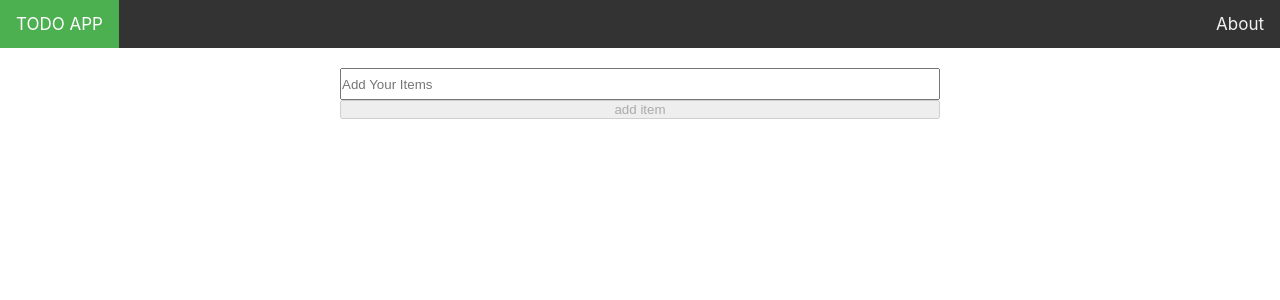
Repository: hoangphuong965/myTodoList
Page: /
The author's editor kept a copy of each file at every save. The page is drawn from the files as they stood at one save, then again after a run of saves.
The browser window is 1280 px wide. The pictures show the whole page.
The project was rebuilt for these pictures with package versions that can differ from the ones it lists, and the page was loaded fresh each time. Also part of the build but not shown: src/components/TodoItems.js.

Above is the page before, as saved 2020-06-01 21:28:28.

### public/index.html
<!DOCTYPE html>
<html lang="en">
  <head>
    <meta charset="utf-8" />
    <link rel="icon" href="%PUBLIC_URL%/favicon.ico" />
    <meta name="viewport" content="width=device-width, initial-scale=1" />
    <meta name="theme-color" content="#000000" />
    <meta
      name="description"
      content="Web site created using create-react-app"
    />
    <link rel="apple-touch-icon" href="%PUBLIC_URL%/logo192.png" />
    <!--
      manifest.json provides metadata used when your web app is installed on a
      user's mobile device or desktop. See https://developers.google.com/web/fundamentals/web-app-manifest/
    -->
    <link rel="manifest" href="%PUBLIC_URL%/manifest.json" />
    <!--
      Notice the use of %PUBLIC_URL% in the tags above.
      It will be replaced with the URL of the `public` folder during the build.
      Only files inside the `public` folder can be referenced from the HTML.

      Unlike "/favicon.ico" or "favicon.ico", "%PUBLIC_URL%/favicon.ico" will
      work correctly both with client-side routing and a non-root public URL.
      Learn how to configure a non-root public URL by running `npm run build`.
    -->
    <title>React App</title>
    <link rel="stylesheet" href="https://maxcdn.bootstrapcdn.com/font-awesome/4.7.0/css/font-awesome.min.css">
  </head>
  <body>
    <noscript>You need to enable JavaScript to run this app.</noscript>
    <div id="root"></div>
    <!--
      This HTML file is a template.
      If you open it directly in the browser, you will see an empty page.

      You can add webfonts, meta tags, or analytics to this file.
      The build step will place the bundled scripts into the <body> tag.

      To begin the development, run `npm start` or `yarn start`.
      To create a production bundle, use `npm run build` or `yarn build`.
    -->
  </body>
</html>

### src/App.js
import React, { Component } from "react";
import Navbar from "./components/Navbar/Navbar";
import TodoInput from "./components/TodoInput";
import TodoList from "./components/TodoList";
import { v4 as uuidv4 } from "uuid";

import "./components/todo.css";

export default class App extends Component {
  state = {
    items: [],
    id: uuidv4(),
    item: "",
    editItem: false,
  };
  handleChange = (e) => {
    this.setState({
      item: e.target.value,
    });
  };
  handleSubmit = (e) => {
    e.preventDefault();
    const newItem = {
      id: this.state.id,
      title: this.state.item,
    };
    const updateItem = [...this.state.items, newItem];
    this.setState({
      items: updateItem,
      id: uuidv4(),
      item: "",
      editItem: false,
    });
  };
  handleDelete = (id) => {
    const deleteItem = this.state.items.filter((item) => item.id !== id);
    this.setState({
      items: deleteItem,
      id: uuidv4(),
      item: "",
      editItem: false,
    });
  };

  handleEdit = (id) => {
    const filterItem = this.state.items.filter((item) => item.id !== id);
    const selectItem = this.state.items.find((item) => item.id === id);
    this.setState({
      items: filterItem,
      id: uuidv4(),
      item: selectItem.title,
      editItem: true,
    });
  };

  render() {
    return (
      <div>
        <Navbar />
        <div className="container">
          <TodoInput
            item={this.state.item}
            id={this.state.id}
            handleChange={this.handleChange}
            handleSubmit={this.handleSubmit}
            handleEdit={this.handleEdit}
          />
          <TodoList
            items={this.state.items}
            handleEdit={this.handleEdit}
            handleDelete={this.handleDelete}
          />
        </div>
      </div>
    );
  }
}

### src/components/Navbar/Navbar.js
import React, { Component } from "react";
import "./navbar.css";

export default class Navbar extends Component {
  render() {
    return (
      <div className="topnav">
        <a className="active" href="#home">
          TODO APP
        </a>
        <a href="#about">About</a>
      </div>
    );
  }
}

### src/components/TodoInput.js
import React, { Component } from "react";

export default class TodoInput extends Component {
  render() {
    const { item, handleChange, handleSubmit, handleEdit } = this.props;
    return (
      <div className="input">
        <form className="form" onSubmit={handleSubmit}>
          <span>
            <input
              type="text"
              className="input"
              placeholder="Add Your Items"
              value={item}
              onChange={handleChange}
            />
          </span>
          <button type="submit" disabled={item ? false : true} className="btn">
            {handleEdit ? "add item" : "edit item"}
          </button>
        </form>
      </div>
    );
  }
}

### src/components/TodoList.js
import React, { Component } from "react";
import TodoItems from "./TodoItems";

export default class TodoList extends Component {
  render() {
    const { items, handleEdit, handleDelete } = this.props;
    return (
      <div>
        <ul className="list">
          {items.map((item) => {
            return (
              <TodoItems
                key={item.id}
                title={item.title}
                handleEdit={() => handleEdit(item.id)}
                handleDelete={() => handleDelete(item.id)}
              />
            );
          })}
        </ul>
      </div>
    );
  }
}

### src/components/todo.css
*{
    margin: 0;
    padding: 0;
    box-sizing: border-box;
}

.container{
    margin: 0 auto;
    width: 600px;
}

.input{
    width: 600px;
    height: 2rem;
    margin: 10px 0px 0px 0px;

}

.list{
    margin: 2.5rem 0 0 0;
}

.item{
    margin: 10px 0 0 0;
    padding: 5px;
}

.item_li{
    list-style: none;
    display: flex;
    justify-content: space-between;
}

.pen{
    margin: 2rem;
}

.btn{
    display: block;
    width: 600px;
}

### src/components/Navbar/navbar.css
/* Add a black background color to the top navigation */
.topnav {
    background-color: #333;
    overflow: hidden;
    display: flex;
    justify-content: space-between;
  }

  /* Style the links inside the navigation bar */
  .topnav a {
    color: #f2f2f2;
    text-align: center;
    padding: 14px 16px;
    text-decoration: none;
    font-size: 17px;
    transition: all 0.3s linear;
  }

  /* Change the color of links on hover */
  .topnav a:hover {
    background-color: #ddd;
    color: black;
  }

  /* Add a color to the active/current link */
  .topnav a.active {
    background-color: #4CAF50;
    color: white;
  }

Loaded but not shown: src/index.js (common file); src/index.css (common file); src/serviceWorker.js (common file)

After the next 3 saves:
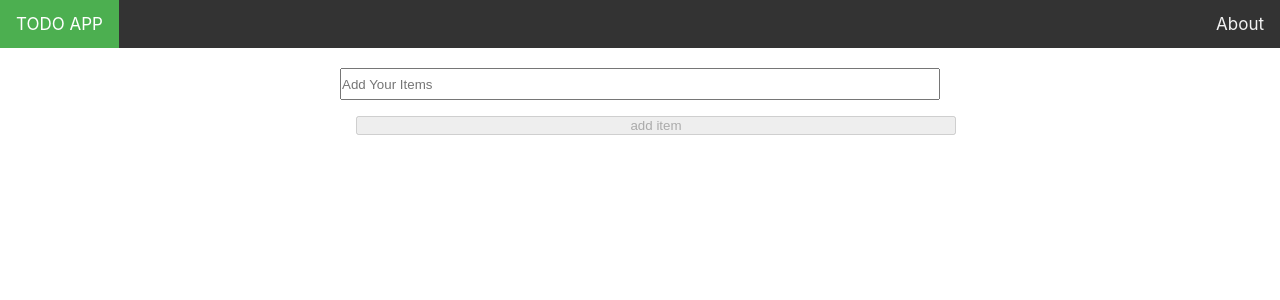
The 3 saves are shown as one change because they came seconds apart.
The last was saved 14 s later.
--- a/src/components/todo.css
+++ b/src/components/todo.css
@@ -38,4 +38,5 @@
 .btn{
     display: block;
     width: 600px;
+    margin: 1rem;
 }
